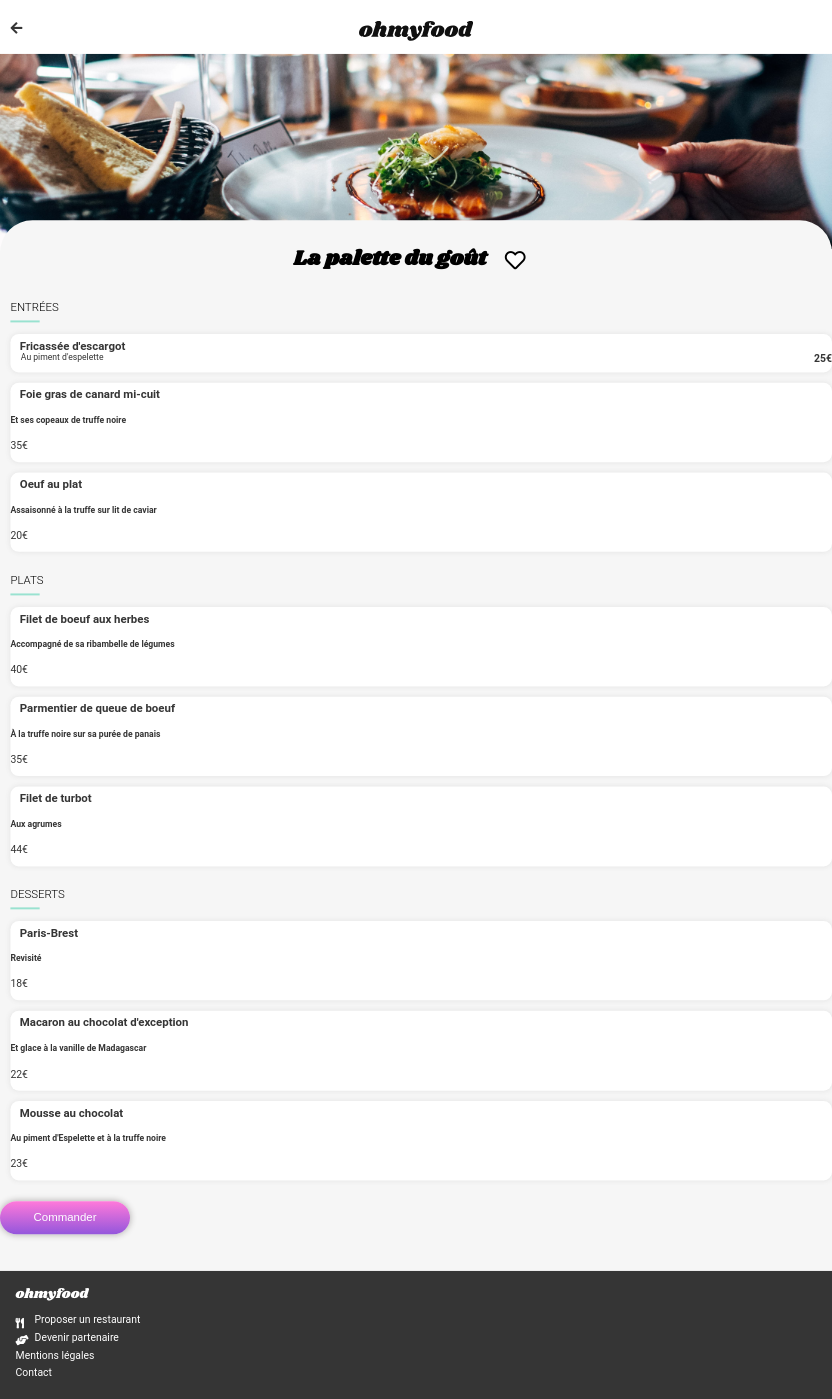
Repository: AlexisTisserand/AlexisTisserand_3_24112020
Page: menu-la-palette-du-gout.html
These files come from the project's save history. The page is drawn as it stood at one moment and after a run of saves; the edit follows.
The browser window is 1280 px wide. The pictures show the whole page, at 65% of full size.
Some web libraries are served in a nearby version. The style sheet was rebuilt from its Sass, Less or Tailwind sources for each picture, by a compiler version that may differ from the author's.

Above is the page before, as saved 2020-12-03 14:08:48.

### menu-la-palette-du-gout.html
<!DOCTYPE html>
<html lang="fr">

<head>
    <meta charset="UTF-8"/>
    <meta name="viewport" content="width=device-width, initial-scale=1">
    <meta name="descritpion" content="Menu - La palette du goût">
    <meta name="author" content="Alexis Tisserand">
    <link rel="stylesheet" href="https://use.fontawesome.com/releases/v5.4.1/css/all.css" integrity="sha384-5sAR7xN1Nv6T6+dT2mhtzEpVJvfS3NScPQTrOxhwjIuvcA67KV2R5Jz6kr4abQsz" crossorigin="anonymous">
    <link rel="stylesheet" href="style.css"/>
    <title>Menu - La palette du goût</title>
</head>
<body>

    <div id=bloc-page>

    <!--HEADER-->

    <header>
        <a href="index.html">
            <i class="fas fa-arrow-left"></i>
        </a>
        <div class="logo">
            <img src="images/logo/ohmyfood@2x.svg" alt="Logo ohmyfood"/>
        </div>
    </header>

    <section>

        <div class="restaurant-img">
            <img src="images/restaurants/la_palette_du_gout-min.jpg" alt="La Palette Du Goût"/>
        </div>

        <div class="restaurant-menu">
            <div class="restaurant-menu--titre">
                <h2>La palette du goût</h2>
                <div class="card-restaurant-legende-heart">
                    <span class="fa-stack">
                        <i class="fas fa-heart fa-stack-2x"></i>
                        <i class="far fa-heart fa-stack-2x"></i>
                    </span>
                </div>
            </div>

            <h3>ENTRÉES</h3>

                <div class="restaurant-menu--plats">
                    <h4>Fricassée d'escargot</h4>
                    <div class="restaurant-menu--plats--accompagnements">
                        <h5>Au piment d'espelette</h5>
                        <p>25€</p>
                    </div>
                </div>

                <div class="restaurant-menu--plats">
                    <h4>Foie gras de canard mi-cuit</h4>
                    <h5>Et ses copeaux de truffe noire</h5>
                    <p>35€</p>
                </div>

                <div class="restaurant-menu--plats">
                    <h4>Oeuf au plat</h4>
                    <h5>Assaisonné à la truffe sur lit de caviar</h5>
                    <p>20€</p>
                </div>

            <h3>PLATS</h3>

                <div class="restaurant-menu--plats">
                    <h4>Filet de boeuf aux herbes</h4>
                    <h5>Accompagné de sa ribambelle de légumes</h5>
                    <p>40€</p>
                </div>

                <div class="restaurant-menu--plats">
                    <h4>Parmentier de queue de boeuf</h4>
                    <h5>À la truffe noire sur sa purée de panais</h5>
                    <p>35€</p>
                </div>

                <div class="restaurant-menu--plats">
                    <h4>Filet de turbot</h4>
                    <h5>Aux agrumes</h5>
                    <p>44€</p>
                </div>

            <h3>DESSERTS</h3>

            <div class="restaurant-menu--plats">
                <h4>Paris-Brest</h4>
                <h5>Revisité</h5>
                <p>18€</p>
            </div>

            <div class="restaurant-menu--plats">
                <h4>Macaron au chocolat d'exception </h4>
                <h5>Et glace à la vanille de Madagascar</h5>
                <p>22€</p>
            </div>

            <div class="restaurant-menu--plats">
                <h4>Mousse au chocolat </h4>
                <h5>Au piment d'Espelette et à la truffe noire</h5>
                <p>23€</p>
            </div>

            <button class="description-ohmyfood-explorer" type="button">Commander</button>

        </div>
    </section>

    <footer>
        <h2>ohmyfood</h2>
        <div class="footer-img-text">
            <i class="fas fa-utensils"></i>
            <h3>Proposer un restaurant</h3>
        </div>
        <div class="footer-img-text">
            <i class="fas fa-hands-helping"></i>
            <h3>Devenir partenaire</h3>
        </div>
        <h3>Mentions légales</h3>
        <a href="mailto:ohmyfood@outlook.com"><h3>Contact</h3></a>
    </footer>

</body>
</html>

### sass/style.scss
@import "libs/fonts.scss";
@import "libs/media.scss";

/*COULEURS VARIABLES*/
$primary: #9356DC;
$secondary: #FF79DA;
$tertiary: #99E2D0;
$color-text: #353535;
$color-background: #f6f6f6;
$color-box-shadow :#e5e5e5;

/*VARIABLES TAILLE ET FONT FAMILY*/
$font-family: 'roboto', 'Raleway', 'Trebuchet MS', 'Lucida Sans Unicode', 'Lucida Grande', 'Lucida Sans', Arial, sans-serif;;
$size: 1rem;

/*Extensions*/
.box-shadow{
    box-shadow: 0px 0px 8px 1px $color-box-shadow;
    color: $color-text;
    border: none;
    border-radius: 25px;
    width: 350px;
    background-color: $color-background;
}

.margin-plats{
    margin: 0.5rem 0 0rem 0.9rem;
}

.cercle{
    background-color: $primary;
    color: white;
    padding: 8px;
    border-radius: 50px;
    margin-right: 25px;
    margin-left: -15px;
    width: 15px;
    height: 15px;
    text-align: center;
    align-content: center;
    font-size: $size;
    line-height: 15px;
    font-weight: light;
}

.transition-background{
    transition: background-color 200ms;
}

body{
    background-color: white;
    font-family: $font-family;
    margin: auto;
}

a{
    text-decoration: none;
    color: black;
}

#bloc-page{
    width: 100%;
    margin: auto;
    max-width: 2000px;
    min-width: 100px;
}

/*HEADER*/

header{
    text-align: center;
    .logo{
        margin-top: $size + 1rem;
        img{
            width: $size + 10rem;
        }
    }
}

.search-bar{
    display: flex;
    background-color: #EAEAEA;
    box-shadow: 0px -2px 5px 0px #CFCFCF;
    height: $size + 2rem;
    margin-top: 1rem;
    align-items: center;
    justify-content: center;
    .fas{
        font-size: $size;
        margin-bottom: 1rem;
    }
    .search-bar-button{
        color: $color-text;
        font-size: $size + 0.5rem;
    }
    .search-bar-text-input{
        outline: none;
        padding: 0;
        background-color: #EAEAEA;
        border: none;
        color: $color-text;
        font-size: $size;
        font-weight: bold;
        text-align: center;
        width: 180px;
    }
}

/*SECTION DESCRIPTION*/

#description-ohmyfood{
    display: flex;
    flex-direction: column;
    background-color: $color-background;
    align-items: center;
    text-align: center;
    h2{
        font-size: $size + 0.7rem ;
        padding: $size;
        margin-bottom: 0;
        margin-top: $size + 0.5rem;
    }
    h3{
        font-size: $size + 0.2rem ;
        font-weight: 300;
        margin-top: 0;
        padding: $size - 0.5rem, $size + 1rem ;
    }
    button{
        font-size: $size + 0.1rem;
        margin-top: $size;
        font-weight: normal;
        color: white;
        background: linear-gradient($secondary, $primary);
        position: relative;
        border: none;
        box-shadow: 0px 0px 10px 1px #b6b3b3;
        border-radius: 40px;
        padding: 15px 20px;
        margin-bottom: $size + 2.5rem;
        transition: transform cubic-bezier(1,0,0,1) 500ms, background 500ms, ;
        &:hover{
            background: lighten($color: $secondary, $amount: 5);
            box-shadow: 0px 0px 7px 3px #484B4C;
            transform: scale(1.1);
            cursor: pointer;
        }
        &:active{
            border-style: none;
        }
        &:focus{
            outline:none;
        }
}


}

/*FONCTIONNEMENT*/

#fonctionnement{
    display: flex;
    align-items: center;
    flex-direction: column;
    background-color: white;
    h2{
        margin: 3*$size $size $size;
    }
    ul{
        padding: 10px;
        margin-top: - $size;
    }
}

.fonctionnement-nav{
    display: flex;
    flex-wrap: wrap;
    justify-content: space-around;
    &-etape{
        display: flex;
        flex-direction: row;
        align-items: center;
        margin: 15px 30px ;
        @extend .transition-background;
        @extend .box-shadow;
        &:hover{
        background-color: rgba($color:$primary, $alpha: 0.15);
        cursor: pointer;
        &:hover .fas{
        color: $primary;
        }
    }
    h5{
        @extend .cercle;
    }
    .fas{
        margin-right: 15px;
        color: #7e7e7e;
        font-size: $size + 0.2rem;
        margin-right: $size;
        }
    }
    &-etape.active{
        background-color: rgba($color:$primary, $alpha: 0.15);
        .fas{
            color: $primary;
        }
    }
}

/*RESTAURANTS*/

#restaurants{
    display: flex;
    flex-direction: column;
    background-color: $color-background;
    h2{
        margin: 3*$size $size $size;
    }
}

.card-restaurant{
    display: flex;
    position: relative;
    z-index: 1;
    flex-direction: column;
    background-color: white;
    border-radius: 20px;
    box-shadow: 0px 0px 8px 1px $color-box-shadow;
    margin: 15px;
    box-sizing: border-box;
    transition: ease-in-out 200ms;
    &:hover{
        transform: scale(1.01);
    }
    img{
    height: 200px;
    position: relative;
    z-index: 1;
    object-fit: cover;
    width: 100%;
    border-radius: 1rem 1rem 0 0;
    }
    &-nouveau{
        background-color: $tertiary;
        color: #39a98e;
        position: absolute;
        top: 8px;
        right: 16px;
        padding: 7px;
        border-radius: 5px;
        z-index: 2;
    }
    &-legende{
        display: flex;
        flex-direction: row;
        justify-content: space-between;
        &-text{
            display: flex;
            flex-direction: column;
            margin-left: $size;
            h4{
                font-size: $size + 0.2rem;
                margin-top: $size;
                margin-bottom: 0;
            }
            h5{
                margin-top: 0.2 * $size;
                margin-bottom: $size;
                font-weight: 300;
                font-size: $size + 0.1rem;
            }
        }
        &-heart{
            align-self: center;
            margin-right: 2 * $size;
            .fas{
                color: white;
                &:hover{
                    background: red;
                }
            }
            .far{
                color: black;
                &:hover{
                    color:black
                }
            }
        }
    }
}

/*FOOTER*/

footer{
    padding: $size + 0.5rem;
    background-color: $color-text;
    color: white;
    h2{
        font-family: 'Shrikhand';
        font-weight: normal;
        font-size: $size + 0.3rem;
        margin-top: 0;
    }
    h3{
        margin: 0;
        font-weight: 400;
        margin-bottom: 0.5 * $size;
        font-size: initial;
    }
    .footer-img-text{
        display: flex;
        flex-direction: row;
        align-items: center;
        .fas{
            margin-right: $size;
            &.fa-hands-helping{
                margin-right: 0.58* $size;
            }
        }
    }
    a{
        color: white;
    }
}

/*********************************************************/
/*MEDIA QUERIES ACCUEIL*/
/*********************************************************/

/*LARGE DEVICES*/
@media screen and (min-width: 1268px){

    #restaurants{
        display: grid;
        grid-template-columns: repeat(4, 1fr);
        grid-template-rows: auto auto auto ;
        margin-bottom: 0px;
    }   h2{
        grid-column: 1/-1;
    }
}

/*MEDIUM DEVICES*/
@media screen and (max-width: 1267px){

    .fonctionnement-nav{
        justify-content: center;
        &-etape{
            width: 50%;
        }
    }

    #restaurants{
        display: grid;
        grid-template-columns: repeat(2, 1fr);
        grid-template-rows: auto auto auto ;
        h2{
            grid-column: 1/-1;
        }
    }
}

/*SMALL DEVICES*/
@media screen and (max-width: 660px){
    .fonctionnement-nav-etape{
        width: 100%;
    }

    #restaurants{
        display: grid;
        grid-template-columns: 1fr;
        grid-template-rows: auto auto auto ;
        h2{
            grid-column: 1/-1;
        }
    }

}

/*********************************************************/
/*MENU LA PALETTE DU GOÛT*/
/*********************************************************/


header{
    a{
        position: absolute;
        left: $size;
        color: $color-text;
        font-size: $size + 0.3rem;
    }
}

.restaurant-img{
    img{
        object-fit: cover;
        width: 100%;
        height: 300px;
        margin-top: $size;
        position: relative;
        z-index: 0;
    }
}

.restaurant-menu{
    background-color: $color-background;
    border-radius: 50px 50px 0 0;
    margin-top: - 3rem;
    position: relative;
    display: flex;
    z-index: 1;
    flex-direction: column;
    width: 100%;
    &--titre{
        display: flex;
        flex-direction: row;
        justify-content: center;
        align-items: center;
        margin-top: $size;
        h2{
            font-family: 'Shrikhand';
            font-size: $size + 1rem;
            margin-right: $size + 0.5rem;
            margin-left: $size;
        }
    }
    h3{
        font-weight: 300;
        font-size: $size + 0.1rem;
        margin-left: $size;
        border-bottom: $tertiary 3px solid;
        width: 45px;
        padding-bottom: 10px;
    }
    &--plats{
        background-color: white;
        box-shadow: 0px 0px 8px 1px $color-box-shadow;
        color: $color-text;
        border: none;
        border-radius: 13px;
        margin-left: $size;
        margin-bottom: $size;
        h4{
        @extend .margin-plats;
        font-size: $size + 0.1rem;
        }
        &--accompagnements{
            display: flex;
            flex-direction: row;
            align-content: center;
            justify-content: space-between;
            h5{
                font-weight: 400;
                margin: 0 0.5rem$size $size;
            }
            p{
                font-weight: bold;
                margin: 0;
            }
        }
    }
    button{
        width: 200px;
        font-size: $size + 0.1rem;
        margin-top: $size;
        font-weight: normal;
        color: white;
        background: linear-gradient($secondary, $primary);
        position: relative;
        border: none;
        box-shadow: 0px 0px 10px 1px #b6b3b3;
        border-radius: 40px;
        padding: 15px 20px;
        margin-bottom: $size + 2.5rem;
        transition: transform cubic-bezier(1,0,0,1) 500ms, background 500ms ;
        &:hover{
            background: lighten($color: $secondary, $amount: 5);
            box-shadow: 0px 0px 7px 3px #484B4C;
            transform: scale(1.1);
            cursor: pointer;
        }
        &:active{
            border-style: none;
        }
        &:focus{
            outline:none;
        }
    }
}

### sass/libs/fonts.scss
@font-face {
    font-family: 'robotoregular';
    src: url('Fonts/roboto/Roboto-Regular-webfont.eot');
    src: url('Fonts/roboto/Roboto-Regular-webfont.eot?#iefix') format('embedded-opentype'),
         url('Fonts/roboto/Roboto-Regular-webfont.woff2') format('woff2'),
         url('Fonts/roboto/Roboto-Regular-webfont.woff') format('woff'),
         url('Fonts/roboto/Roboto-Regular-webfont.ttf') format('truetype'),
         url('Fonts/roboto/Roboto-Regular-webfont.svg#robotoregular') format('svg');
    font-weight: normal;
    font-style: normal;

}

@font-face {
    font-family: 'Shrikhand';
    src: url('Fonts/Shrikhand-Regular.eot');
    src: url('Fonts/Shrikhand-Regular.eot?#iefix') format('embedded-opentype'),
        url('Fonts/Shrikhand-Regular.woff2') format('woff2'),
        url('Fonts/Shrikhand-Regular.woff') format('woff'),
        url('Fonts/Shrikhand-Regular.ttf') format('truetype'),
        url('Fonts/Shrikhand-Regular.svg#Shrikhand-Regular') format('svg');
    font-weight: normal;
    font-style: italic;
    font-display: swap;
}

@font-face {
    font-family: 'robotoblack_italic';
    src: url('Fonts/roboto/Roboto-BlackItalic-webfont.eot');
    src: url('Fonts/roboto/Roboto-BlackItalic-webfont.eot?#iefix') format('embedded-opentype'),
         url('Fonts/roboto/Roboto-BlackItalic-webfont.woff2') format('woff2'),
         url('Fonts/roboto/Roboto-BlackItalic-webfont.woff') format('woff'),
         url('Fonts/roboto/Roboto-BlackItalic-webfont.ttf') format('truetype'),
         url('Fonts/roboto/Roboto-BlackItalic-webfont.svg#robotoblack_italic') format('svg');
    font-weight: normal;
    font-style: normal;

}

@font-face {
    font-family: 'robotoblack';
    src: url('Fonts/roboto/Roboto-Black-webfont.eot');
    src: url('Fonts/roboto/Roboto-Black-webfont.eot?#iefix') format('embedded-opentype'),
         url('Fonts/roboto/Roboto-Black-webfont.woff2') format('woff2'),
         url('Fonts/roboto/Roboto-Black-webfont.woff') format('woff'),
         url('Fonts/roboto/Roboto-Black-webfont.ttf') format('truetype'),
         url('Fonts/roboto/Roboto-Black-webfont.svg#robotoblack') format('svg');
    font-weight: normal;
    font-style: normal;

}

### sass/libs/media.scss
@media screen and (max-width: 1266px){

    .fonctionnement-nav-etape{
        margin: 15px 10px;
    }

    .card-restaurants{
        width: 50%;
    }
}

After the next 2 saves:
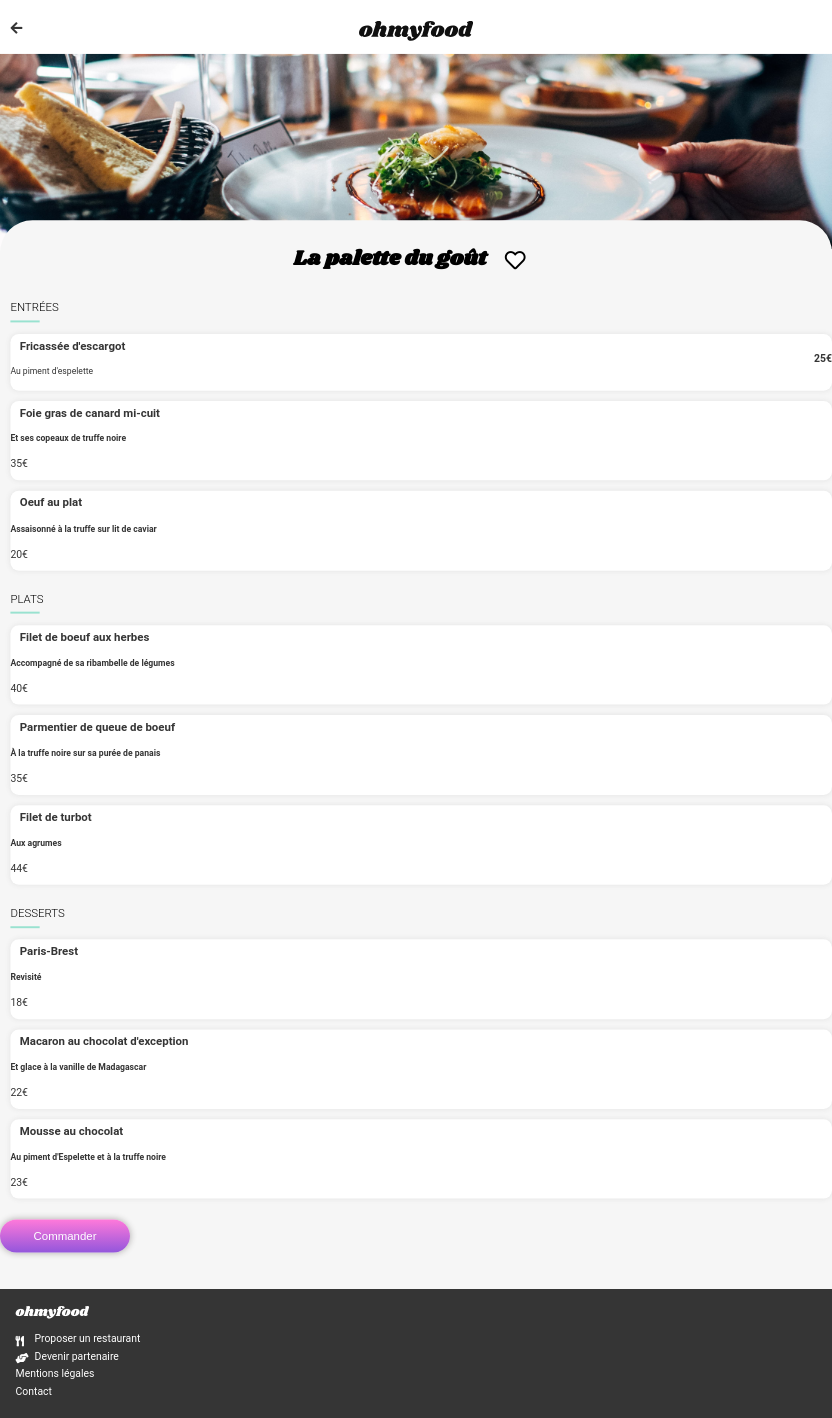
The 2 saves are shown as one change because they came seconds apart.
The last was saved 15 s later.
--- a/sass/style.scss
+++ b/sass/style.scss
@@ -452,7 +452,7 @@
             justify-content: space-between;
             h5{
                 font-weight: 400;
-                margin: 0 0.5rem$size $size;
+                margin: 0.5rem 0 0.5rem $size $size;
             }
             p{
                 font-weight: bold;

After the save that followed:
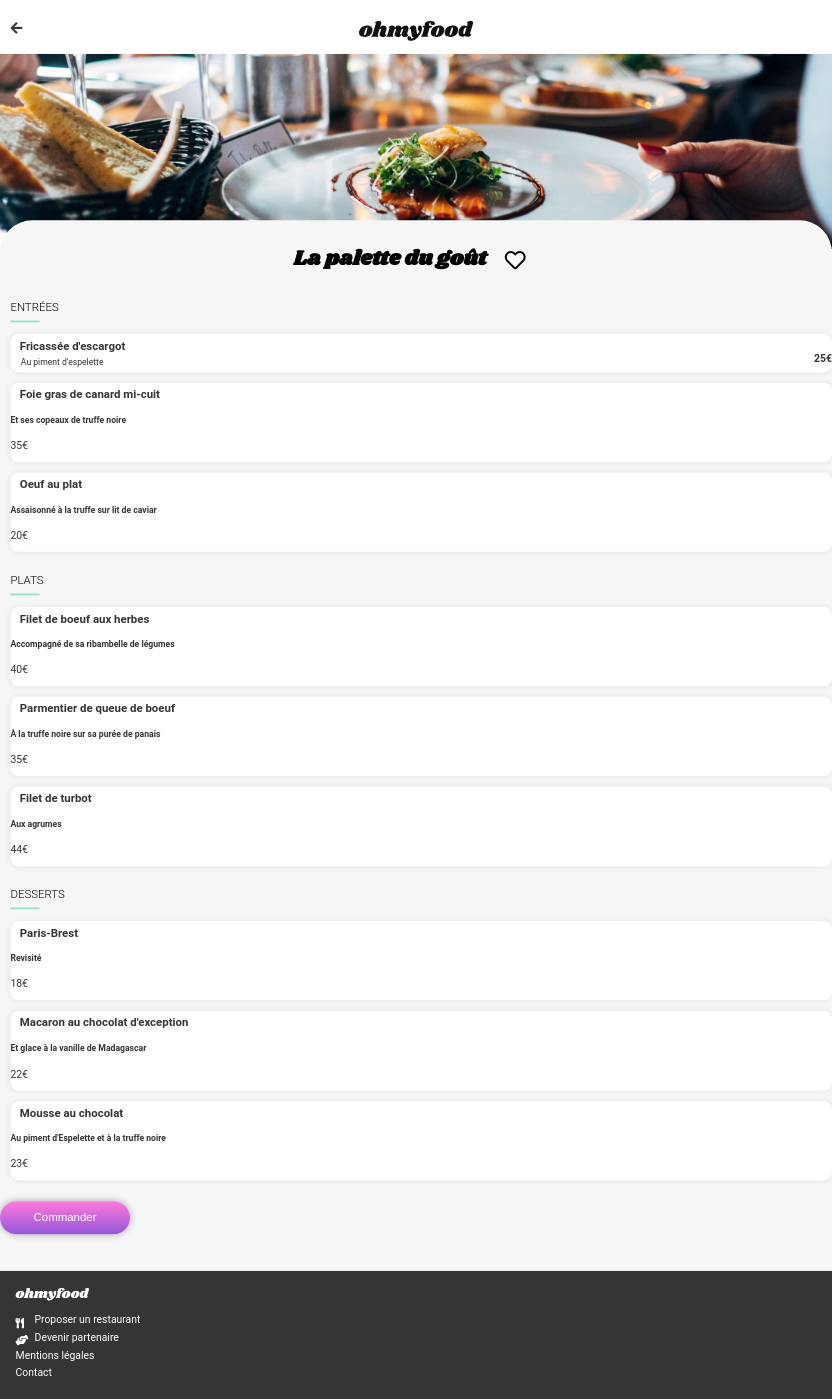
Saved 10 s later.
--- a/sass/style.scss
+++ b/sass/style.scss
@@ -452,7 +452,7 @@
             justify-content: space-between;
             h5{
                 font-weight: 400;
-                margin: 0.5rem 0 0.5rem $size $size;
+                margin: 0.5rem 0 0.5rem  $size;
             }
             p{
                 font-weight: bold;
